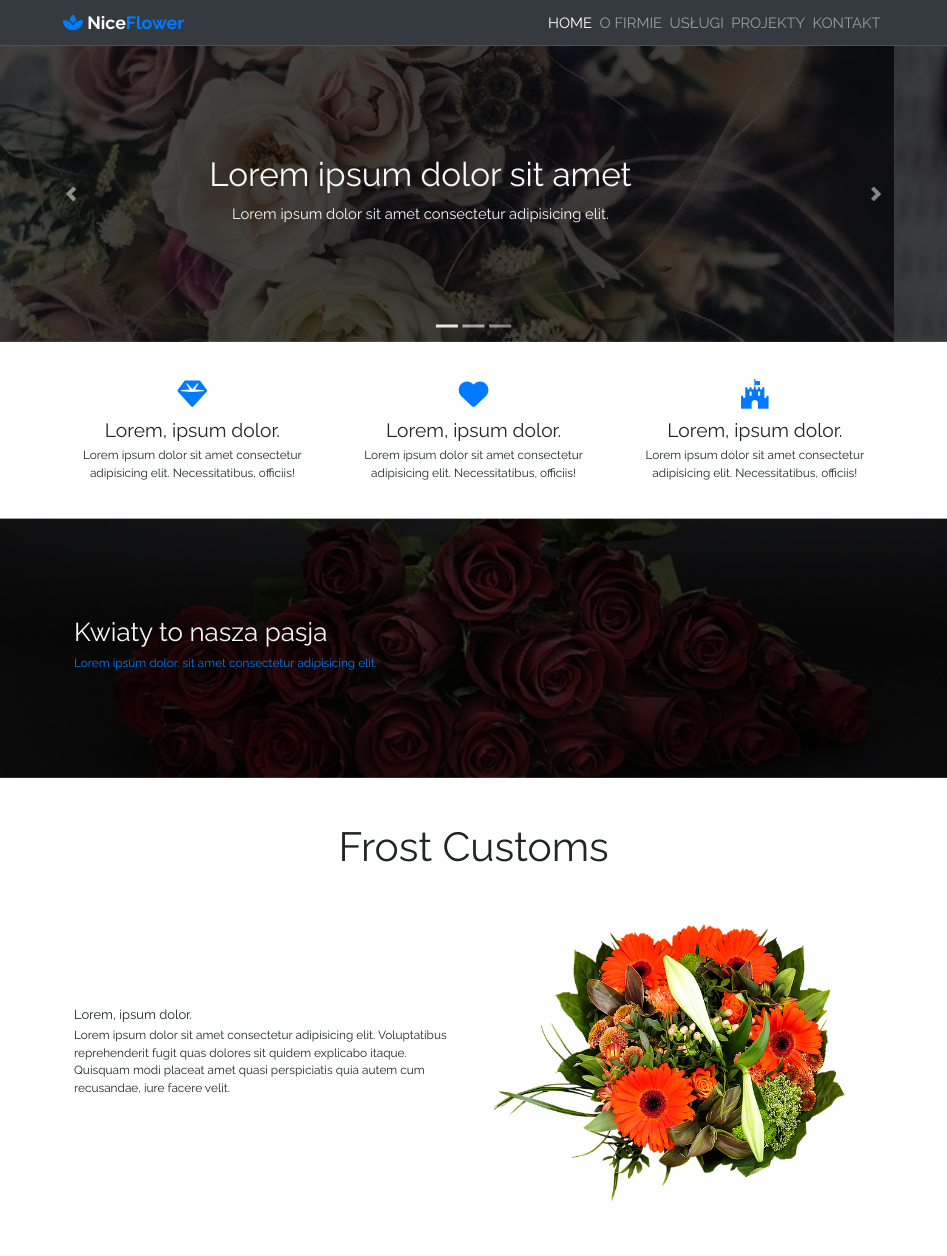
Repository: KrzysKolo/Projekt-13_Kwiaciarnia
Page: index.html
The author's editor kept a copy of each file at every save. The page is drawn from the files as they stood at one save, then again after the next save.
The browser window is 1280 px wide. The pictures show the whole page, at 74% of full size.
Some web libraries are served in a nearby version.

Above is the page before, as saved 2020-08-10 01:29:23.

### index.html
<!DOCTYPE html>
<html lang="pl">
  <head>
    <meta charset="UTF-8" />
    <meta name="viewport" content="width=device-width, initial-scale=1.0" />
    <title>Nice-Flower</title>
    <script
      src="https://kit.fontawesome.com/21efeaf281.js"
      crossorigin="anonymous"
    ></script>

    <link
      rel="stylesheet"
      href="https://stackpath.bootstrapcdn.com/bootstrap/4.5.0/css/bootstrap.min.css"
      integrity="sha384-9aIt2nRpC12Uk9gS9baDl411NQApFmC26EwAOH8WgZl5MYYxFfc+NcPb1dKGj7Sk"
      crossorigin="anonymous"
    />
    <link
      href="https://fonts.googleapis.com/css2?family=Raleway:wght@400;700&display=swap"
      rel="stylesheet"
    />
    <link rel="stylesheet" href="style.css" />
  </head>
  <body>
    <nav class="navbar navbar-expand-lg navbar-dark bg-dark py-3">
      <div class="container">
        <a class="navbar-brand" href="#"
          ><i class="fas fa-spa text-primary"></i> Nice<span
            class="text-primary"
            >Flower</span
          ></a
        >
        <button
          class="navbar-toggler border-0"
          type="button"
          data-toggle="collapse"
          data-target="#navbarNavAltMarkup"
          aria-controls="navbarNavAltMarkup"
          aria-expanded="false"
          aria-label="Toggle navigation"
        >
          <i class="fas fa-bars px-4"></i>
        </button>
        <div class="collapse navbar-collapse" id="navbarNavAltMarkup">
          <div class="navbar-nav ml-auto">
            <a class="nav-link active" href="#"
              >Home <span class="sr-only">(current)</span></a
            >
            <a class="nav-link" href="abouteus.html">O firmie</a>
            <a class="nav-link" href="services.html">Usługi</a>
            <a class="nav-link" href="projects.html">Projekty</a>
            <a class="nav-link" href="contact.html">Kontakt</a>
          </div>
        </div>
      </div>
    </nav>

    <!-- HEADER -->
    <header>
      <div
        id="carouselExampleCaptions"
        class="carousel slide"
        data-ride="carousel"
      >
        <ol class="carousel-indicators">
          <li
            data-target="#carouselExampleCaptions"
            data-slide-to="0"
            class="active"
          ></li>
          <li data-target="#carouselExampleCaptions" data-slide-to="1"></li>
          <li data-target="#carouselExampleCaptions" data-slide-to="2"></li>
        </ol>
        <div class="carousel-inner text-dark text-center">
          <div class="carousel-item carousel-img-one active">
            <div
              class="carousel-text h-100 p-5 d-flex flex-column justyfy-content-end justify-content-md-center align-items-center"
            >
              <div class="hero-shadow"></div>
              <p class="display-3 text-light">Lorem ipsum dolor sit amet</p>
              <p class="d-none d-sm-block text-light">
                Lorem ipsum dolor sit amet consectetur adipisicing elit.
              </p>
            </div>
          </div>
          <div class="carousel-item carousel-img-two">
            <div
              class="carousel-text h-100 p-5 d-flex flex-column justyfy-content-end justify-content-md-center align-items-center"
            >
              <div class="hero-shadow"></div>
              <p class="display-3 text-light">Lorem ipsum dolor sit amet</p>
              <p class="d-none d-sm-block text-light">
                Lorem ipsum dolor sit amet consectetur adipisicing elit.
              </p>
            </div>
          </div>
          <div class="carousel-item carousel-img-three">
            <div
              class="carousel-text h-100 p-5 d-flex flex-column justyfy-content-end justify-content-md-center align-items-center"
            >
              <div class="hero-shadow"></div>
              <p class="display-3 text-light">Lorem ipsum dolor sit amet</p>
              <p class="d-none d-sm-block text-light">
                Lorem ipsum dolor sit amet consectetur adipisicing elit.
              </p>
            </div>
          </div>
        </div>
        <a
          class="carousel-control-prev"
          href="#carouselExampleCaptions"
          role="button"
          data-slide="prev"
        >
          <span class="carousel-control-prev-icon" aria-hidden="true"></span>
          <span class="sr-only">Previous</span>
        </a>
        <a
          class="carousel-control-next"
          href="#carouselExampleCaptions"
          role="button"
          data-slide="next"
        >
          <span class="carousel-control-next-icon" aria-hidden="true"></span>
          <span class="sr-only">Next</span>
        </a>
      </div>
    </header>

    <!-- MAIN -->
    <main>
      <section class="home-boxes">
        <div class="container text-center">
          <div class="row">
            <div class="col-md-4 home-box mb-5 mb-md-0">
              <i class="fas fa-gem mb-4 text-primary"></i>
              <h3>Lorem, ipsum dolor.</h3>
              <p class="m-0">
                Lorem ipsum dolor sit amet consectetur adipisicing elit.
                Necessitatibus, officiis!
              </p>
            </div>
            <div class="col-md-4 home-box mb-5 mb-md-0">
              <i class="fas fa-heart mb-4 text-primary"></i>
              <h3>Lorem, ipsum dolor.</h3>
              <p class="m-0">
                Lorem ipsum dolor sit amet consectetur adipisicing elit.
                Necessitatibus, officiis!
              </p>
            </div>
            <div class="col-md-4 home-box mb-5 mb-md-0">
              <i class="fab fa-fort-awesome mb-4 text-primary"></i>
              <h3>Lorem, ipsum dolor.</h3>
              <p class="m-0">
                Lorem ipsum dolor sit amet consectetur adipisicing elit.
                Necessitatibus, officiis!
              </p>
            </div>
          </div>
        </div>
      </section>

      <section class="home-passion">
        <div class="hero-shadow"></div>
        <div class="row m-0 h-100 align-items-center text-light">
          <div class="col">
            <div class="container p-5">
              <p class="display-4">Kwiaty to nasza pasja</p>
              <p class="text-primary">
                Lorem ipsum dolor, sit amet consectetur adipisicing elit.
              </p>
            </div>
          </div>
        </div>
      </section>
      <section class="home-brand py-5">
        <p class="display-2 text-center pt-5 px-3">Frost Customs</p>
        <div class="container py-5">
          <div class="row m-0 align-items-center">
            <div class="col-md-6">
              <h3>Lorem, ipsum dolor.</h3>
              <p>
                Lorem ipsum dolor sit amet consectetur adipisicing elit.
                Voluptatibus reprehenderit fugit quas dolores sit quidem
                explicabo itaque. Quisquam modi placeat amet quasi perspiciatis
                quia autem cum recusandae, iure facere velit.
              </p>
            </div>
            <div class="col-md-6">
              <img src="./img/b9m.png" alt="bukiet" class="img-fluid" />
            </div>
          </div>
        </div>
      </section>
    </main>
    <script
      src="https://code.jquery.com/jquery-3.5.1.slim.min.js"
      integrity="sha384-DfXdz2htPH0lsSSs5nCTpuj/zy4C+OGpamoFVy38MVBnE+IbbVYUew+OrCXaRkfj"
      crossorigin="anonymous"
    ></script>
    <script
      src="https://cdn.jsdelivr.net/npm/popper.js@1.16.0/dist/umd/popper.min.js"
      integrity="sha384-Q6E9RHvbIyZFJoft+2mJbHaEWldlvI9IOYy5n3zV9zzTtmI3UksdQRVvoxMfooAo"
      crossorigin="anonymous"
    ></script>
    <script
      src="https://stackpath.bootstrapcdn.com/bootstrap/4.5.0/js/bootstrap.min.js"
      integrity="sha384-OgVRvuATP1z7JjHLkuOU7Xw704+h835Lr+6QL9UvYjZE3Ipu6Tp75j7Bh/kR0JKI"
      crossorigin="anonymous"
    ></script>
  </body>
</html>

### style.css
* {
  box-sizing: border-box;
  margin: 0;
  padding: 0;
}
html {
  font-size: 62.5%;
}
body {
  font-family: "Raleway", sans-serif;
  font-size: 1.6rem;
}
.hero-shadow {
  position: absolute;
  top: 0;
  width: 100%;
  height: 100%;
  background-color: rgba(0, 0, 0, 0.7);
  z-index: -1;
}
/* ----------- */
/*  nawigacja  */
/* ----------- */
nav {
  font-size: 2rem;
  text-transform: uppercase;
}
.navbar-toggler {
  font-size: 3rem;
}
.navbar-brand {
  font-size: 2.4rem;
  font-weight: bold;
  text-transform: none;
}
/* ----------- */
/*    header   */
/* ----------- */
header {
  font-size: 2rem;
}
.carousel-item {
  position: relative;
  height: 400px;
  background-position: center;
  background-size: cover;
  z-index: 0;
}
.carousel-img-one {
  background-image: url("./img/b1m.jpg");
}
.carousel-img-two {
  background-image: url("./img/b2m.jpg");
}
.carousel-img-three {
  background-image: url("./img/b4m.jpg");
}
/* ----------- */
/*     main    */
/* ----------- */
.home-boxes {
  padding: 5rem 0;
}
.home-box i {
  font-size: 4rem;
}
.home-box h3 {
  font-size: 2.6rem;
}
/* ----------- */
.home-passion {
  position: relative;
  height: 350px;
  background-image: url("./img/b8m.jpg");
  background-position: center;
  background-size: cover;
  z-index: 0;
}

@media (min-width: 1400px) {
  .carousel-item {
    height: 600px;
  }
  .carousel-img-one {
    background-image: url("./img/b1.jpg");
  }
  .carousel-img-two {
    background-image: url("./img/b2.jpg");
  }
  .carousel-img-three {
    background-image: url("./img/b4.jpg");
  }
}

After the next save:
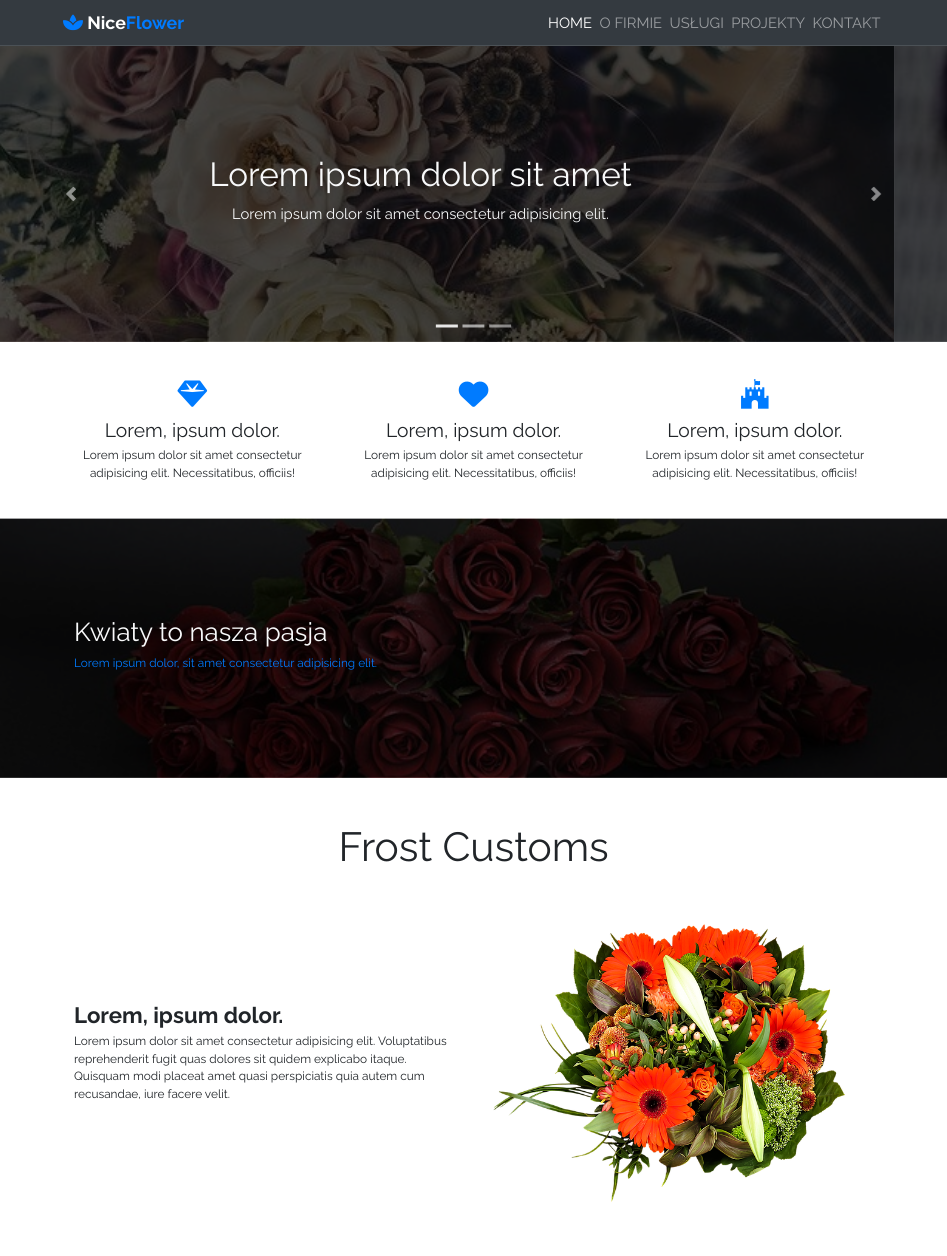
Saved 4 min 41 s later.
--- a/style.css
+++ b/style.css
@@ -76,7 +76,11 @@ header {
   background-size: cover;
   z-index: 0;
 }
-
+/* ----------- */
+.home-brand h3 {
+  font-size: 3rem;
+  font-weight: bold;
+}
 @media (min-width: 1400px) {
   .carousel-item {
     height: 600px;
